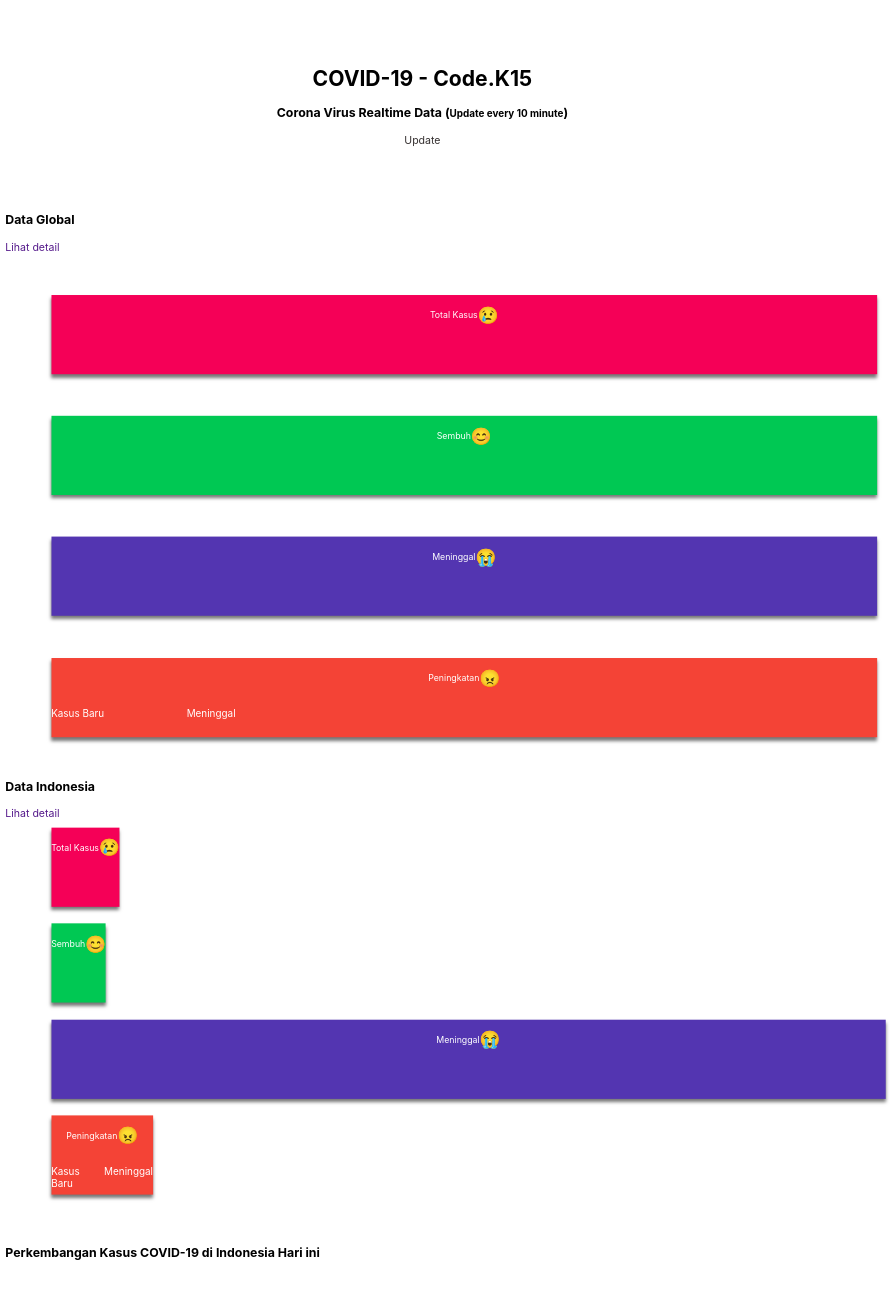
Repository: fathur15/covid19-monitoring
Page: http://localhost/covid19/apps/views/data/main/dashboard.php
These files come from the project's save history. The page is drawn as it stood at one moment and after the next save; the edit follows.
The browser window is 1280 px wide. The page is 1348 px wide, so the pictures cover 1348 px, including what lies to the right of the window. The pictures show the whole page, at 66% of full size.
The page is run by PHP 8.4 with error messages shown; the project is at /var/www/html/.

Above is the page before, as saved 2020-04-17 11:24:13.

### apps/views/data/main/dashboard.php

<style>
    *{
        font-family: -apple-system, BlinkMacSystemFont, 'Segoe UI', Roboto, Oxygen, Ubuntu, Cantarell, 'Open Sans', 'Helvetica Neue', sans-serif
    }
    .resume p, h5{
        color: white;
        font-weight: 400;
    }
    .shadow-box{
        -webkit-box-shadow: 0 15px 10px #777;
        -moz-box-shadow: 0 15px 10px #777;
        box-shadow: 0 5px 5px #777;

    }
    .content-main-wrapper{
        margin: 5% 0;
    }
    /* .shadow-box:after{
        -webkit-transform: rotate(3deg);
        -moz-transform: rotate(3deg);
        -o-transform: rotate(3deg);
        -ms-transform: rotate(3deg);
        transform: rotate(3deg);
        right: 10px;
        left: auto;
    } */

</style>
<div class="content">
    <div class="heading" style="margin: 100px 30%; text-align: center">
        <h1>COVID-19 - Code.K15</h1>
        <h3>Corona Virus Realtime Data (<small style="font-size: 15px">Update every 10 minute</small>)</h3>
        <p id="date-update" style="color: #353030;">Update</p>
    </div>
    <div class="main">
        <div class="container">
            <div class="row content-main-wrapper">
                <div class="head-main-content">
                    <h3>Data Global</h3>
                    <a style="text-decoration: none" href="">Lihat detail  <i class="fas fa-long-arrow-alt-right" aria-hidden="true"></i></a>
                </div>
                <div id="resumeGlobal" class="row resume" style="width: 100%; margin: 0 5%" >
                        <div class="card col-sm-3 shadow-box" style="background: #f50057; margin:5% 0.5%; align-items: center; height: 120px ">
                            <div class="card-body">
                                <div style="flex-direction: row; display: flex; justify-content: center; align-items: center">
                                    <h5 id="title-kasus-global" class="card-text">Total Kasus</h5>
                                    <span style="color: black; font-size: 25px; text-shadow: 0 0 0 yellow">&#x1F622</span>
                                </div>
                                <p class="card-text" id="kasus-global"></p>
                            </div>
                        </div>
                        <div class="col-sm-3 shadow-box" style="background: #00c853; margin: 5% 0.5%; align-items: center; height: 120px ">
                            <div class="card-body">
                                <div style="flex-direction: row; display: flex; justify-content: center; align-items: center">
                                    <h5 id="title-kasus-global" class="card-text">Sembuh</h5>
                                    <span style="color: black; font-size: 25px; text-shadow: 0 0 0 yellow">&#x1F60A</span>
                                </div>
                                <p class="card-text" id="sembuh-global"></p>
                                <!-- <p style="">Orang</p> -->
                            </div>
                        </div>
                        <div class=" card col-sm-3 shadow-box" style="margin:5% 0.5%;height: 120px;align-items: center;  background :#5335b1">
                            <div class="card-body">
                                <div style="flex-direction: row; display: flex; justify-content: center; align-items: center;">
                                    <h5 id="title-kasus-global" class="card-text">Meninggal</h5>
                                    <span style="color: black; font-size: 25px; text-shadow: 0 0 0 yellow">&#x1F62D</span>
                                </div>
                                <p class="card-text" id="meninggal-global"></p>
                                <!-- <p style="">Orang</p> -->
                            </div>
                        </div>
                        <div class="card col-sm-3 shadow-box" style="margin:5% 0.5%; height: 120px; background: #f44336">
                            <div class="card-body">
                                <div style="flex-direction: row; display: flex; justify-content: center; align-items: center;">
                                    <h5 id="title-kasus-global" class="card-text">Peningkatan</h5>
                                    <span style="color: black; font-size: 25px; text-shadow: 0 0 0 yellow">&#x1F620</span>
                                </div>
                                <div style="flex-direction: row; display: flex;">
                                    <p style="font-size: 15px">Kasus Baru</p>
                                    <p style="margin-left: 10%; font-size: 15px">Meninggal </p>
                                </div>
                                <div style="display: flex; margin-top: -9%">
                                    <p style="font-size: 15px" class="card-text" id="kasus-baru-global"></p>
                                    <p style="margin-left: 10%; font-size: 15px" class="card-text" id="meninggal-baru-global"></p>
                                </div>
                            </div>
                        </div>
                    </div>
                </div>
            <div class="row content-main-wrapper" >
                <div class="head-main-content">
                    <h3>Data Indonesia</h3>
                    <a style="text-decoration: none" href="">Lihat detail  <i class="fas fa-long-arrow-alt-right" aria-hidden="true"></i></a>
                </div>
                 <div id="resumeIndonesia" class="row resume" style="width: 100%; margin: 0 5%;" >
                    <div class ="col-sm-12 col-md-6 col-lg-6 col-xl-3">
                        <div class="card shadow-box" style="background: #f50057; margin: 1% 0.5%; display: inline-block; align-items: center; height: 120px ">
                            <div class="card-body">
                                <div style="flex-direction: row; display: flex; justify-content: center; align-items: center">
                                    <h5 id="title-kasus-indonesia" class="card-text">Total Kasus</h5>
                                    <span style="color: black; font-size: 25px; text-shadow: 0 0 0 yellow">&#x1F622</span>
                                </div>
                                <p style="font-size: 14px" class="card-text" id="kasus-indonesia"></p>
                            </div>
                        </div>
                    </div>
                    <div class ="col-sm-12 col-md-6 col-lg-6 col-xl-3">
                        <div class="card shadow-box" style="background: #00c853; margin: 1% 0.5%; display: inline-block; align-items: center; height: 120px ">
                            <div class="card-body">
                                <div style="flex-direction: row; display: flex; justify-content: center; align-items: center">
                                    <h5 id="title-kasus-indonesia" class="card-text">Sembuh</h5>
                                    <span style="color: black; font-size: 25px; text-shadow: 0 0 0 yellow">&#x1F60A</span>
                                </div>
                                <p class="card-text" id="sembuh-indonesia"></p>
                            </div>
                        </div>
                    </div>
                    <div class ="col-sm-12 col-md-6 col-lg-6 col-xl-3">
                        <div class="card shadow-box" style="width: 100%; margin: 1% 0.5%; display: inline-block; height: 120px;align-items: center; background :#5335b1">
                            <div class="card-body">
                                <div style="flex-direction: row; display: flex; justify-content: center; align-items: center;">
                                    <h5 id="title-kasus-indonesia" class="card-text">Meninggal</h5>
                                    <span style="color: black; font-size: 25px; text-shadow: 0 0 0 yellow">&#x1F62D</span>
                                </div>
                                <p class="card-text" id="meninggal-indonesia"></p>
                            </div>
                        </div>
                    </div>
                    <div class ="col-sm-12 col-md-6 col-lg-6 col-xl-3">
                        <div class="card shadow-box" style="margin: 1% 0.5%; display: inline-block; height: 120px; background: #f44336">
                            <div class="card-body">
                                <div style="flex-direction: row; display: flex; justify-content: center; align-items: center;">
                                    <h5 id="title-kasus-indonesia" class="card-text">Peningkatan</h5>
                                    <span style="color: black; font-size: 25px; text-shadow: 0 0 0 yellow">&#x1F620</span>
                                </div>
                                <div style="flex-direction: row; display: flex;">
                                    <p style="font-size: 15px">Kasus Baru</p>
                                    <p style="margin-left: 10%; font-size: 15px">Meninggal </p>
                                </div>
                                <div style="display: flex; margin-top: -9%">
                                    <p style="font-size: 15px" class="card-text" id="kasus-baru-indonesia"></p>
                                    <p style="margin-left: 10%; font-size: 15px" class="card-text" id="meninggal-baru-indonesia"></p>
                                </div>
                            </div>
                        </div>
                    </div>
                </div>
            </div>
            <div class="row content-main-wrapper" >
                <div class="head-main-content">
                    <h3>Perkembangan Kasus COVID-19 di Indonesia Hari ini</h3>
                </div>
            </div>
        </div>
    </div>
</div>

After the next save:
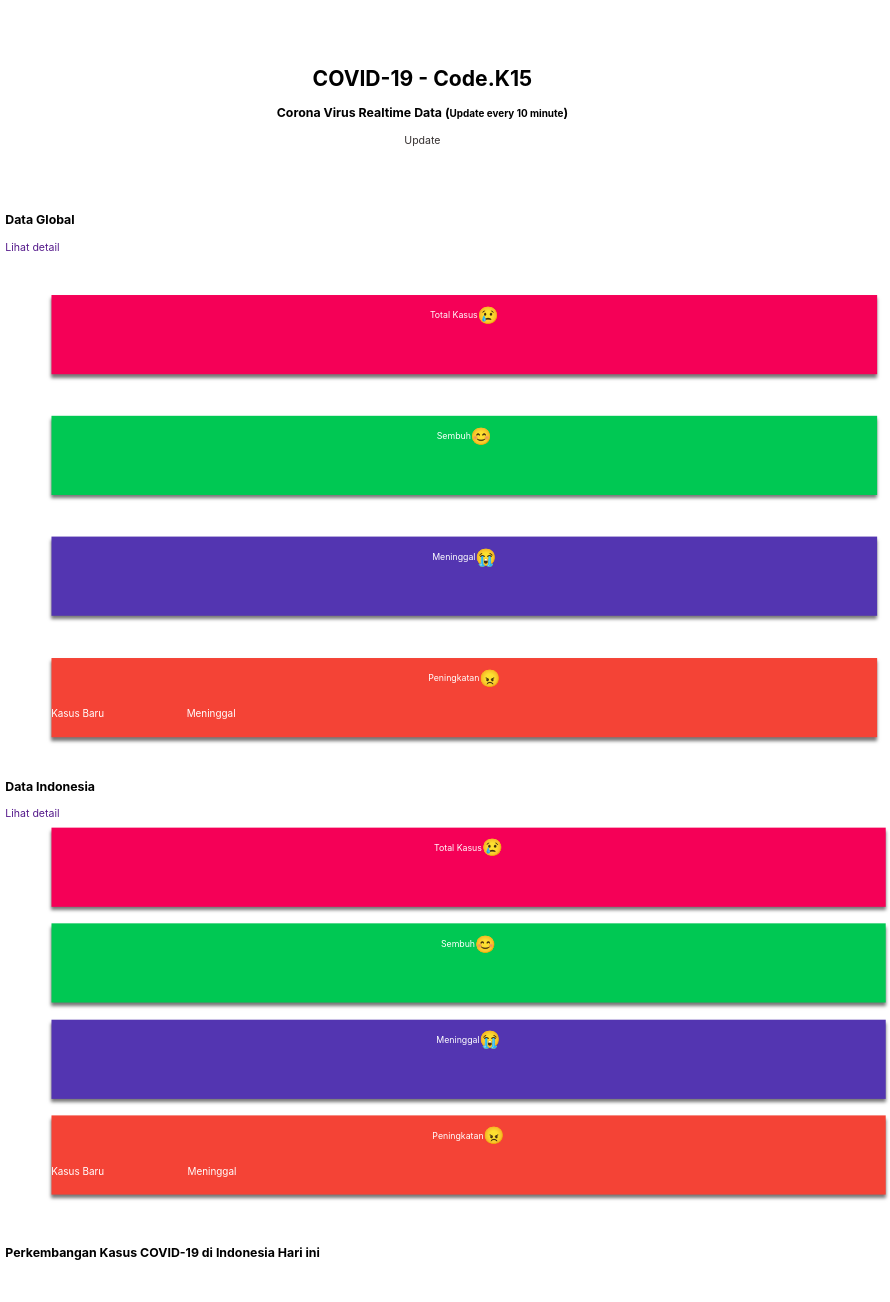
Saved 104 s later.
--- a/apps/views/data/main/dashboard.php
+++ b/apps/views/data/main/dashboard.php
@@ -95,7 +95,7 @@
                 </div>
                  <div id="resumeIndonesia" class="row resume" style="width: 100%; margin: 0 5%;" >
                     <div class ="col-sm-12 col-md-6 col-lg-6 col-xl-3">
-                        <div class="card shadow-box" style="background: #f50057; margin: 1% 0.5%; display: inline-block; align-items: center; height: 120px ">
+                        <div class="card shadow-box" style="width: 100%; background: #f50057; margin: 1% 0.5%; display: inline-block; align-items: center; height: 120px ">
                             <div class="card-body">
                                 <div style="flex-direction: row; display: flex; justify-content: center; align-items: center">
                                     <h5 id="title-kasus-indonesia" class="card-text">Total Kasus</h5>
@@ -106,7 +106,7 @@
                         </div>
                     </div>
                     <div class ="col-sm-12 col-md-6 col-lg-6 col-xl-3">
-                        <div class="card shadow-box" style="background: #00c853; margin: 1% 0.5%; display: inline-block; align-items: center; height: 120px ">
+                        <div class="card shadow-box" style="width: 100%; background: #00c853; margin: 1% 0.5%; display: inline-block; align-items: center; height: 120px ">
                             <div class="card-body">
                                 <div style="flex-direction: row; display: flex; justify-content: center; align-items: center">
                                     <h5 id="title-kasus-indonesia" class="card-text">Sembuh</h5>
@@ -128,7 +128,7 @@
                         </div>
                     </div>
                     <div class ="col-sm-12 col-md-6 col-lg-6 col-xl-3">
-                        <div class="card shadow-box" style="margin: 1% 0.5%; display: inline-block; height: 120px; background: #f44336">
+                        <div class="card shadow-box" style="width: 100%; margin: 1% 0.5%; display: inline-block; height: 120px; background: #f44336">
                             <div class="card-body">
                                 <div style="flex-direction: row; display: flex; justify-content: center; align-items: center;">
                                     <h5 id="title-kasus-indonesia" class="card-text">Peningkatan</h5>
